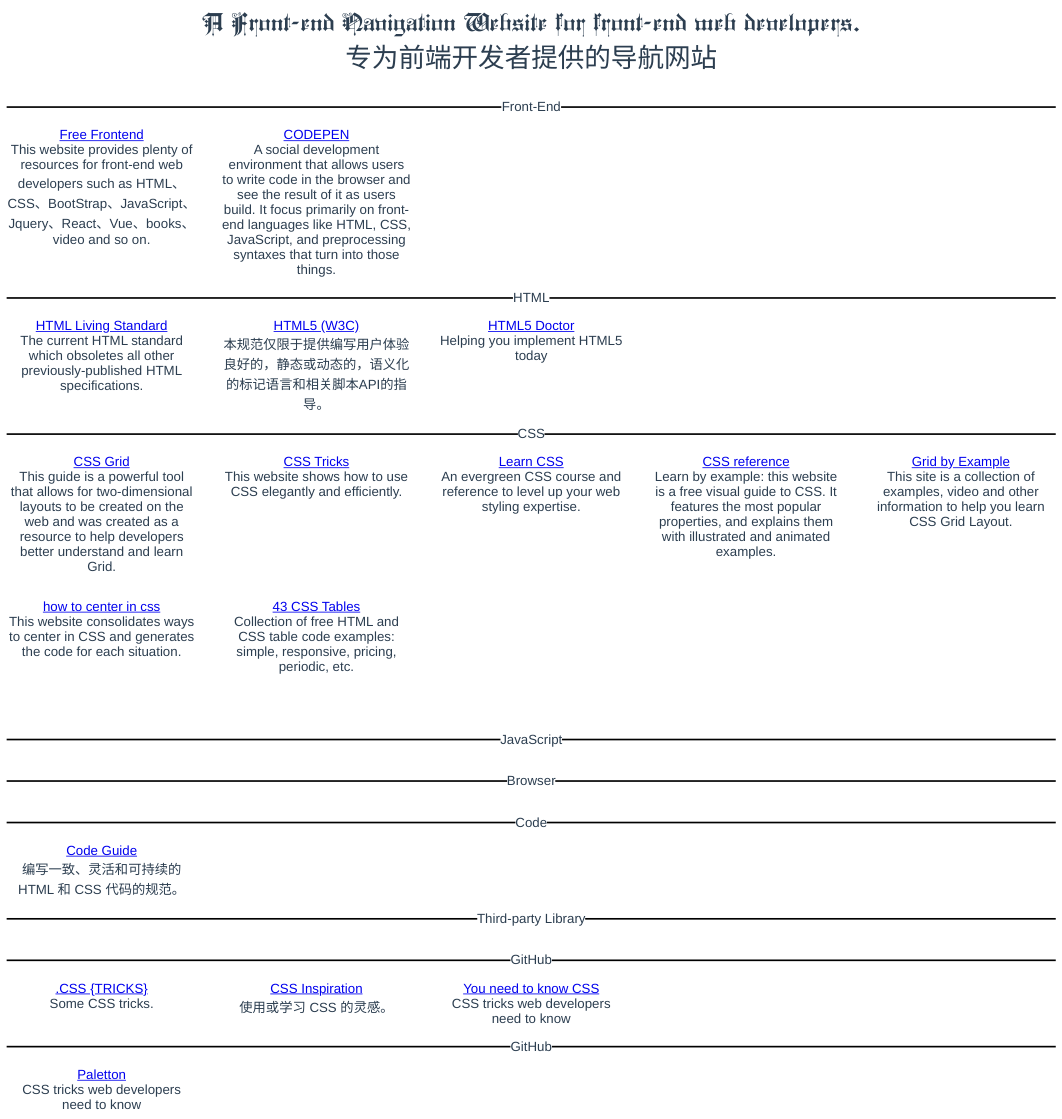
Repository: 321paranoiawhy/fenav.io
Page: /
These files come from the project's save history. The page is drawn as it stood at one moment and after a run of saves; the edit follows.
The browser window is 1280 px wide. The pictures show the whole page, at 83% of full size.
The project was rebuilt for these pictures with package versions that can differ from the ones it lists, and the page was loaded fresh each time. Also part of the build but not shown: vue.config.js.

Above is the page before, as saved 2022-04-06 01:05:21.

After the next 2 saves:
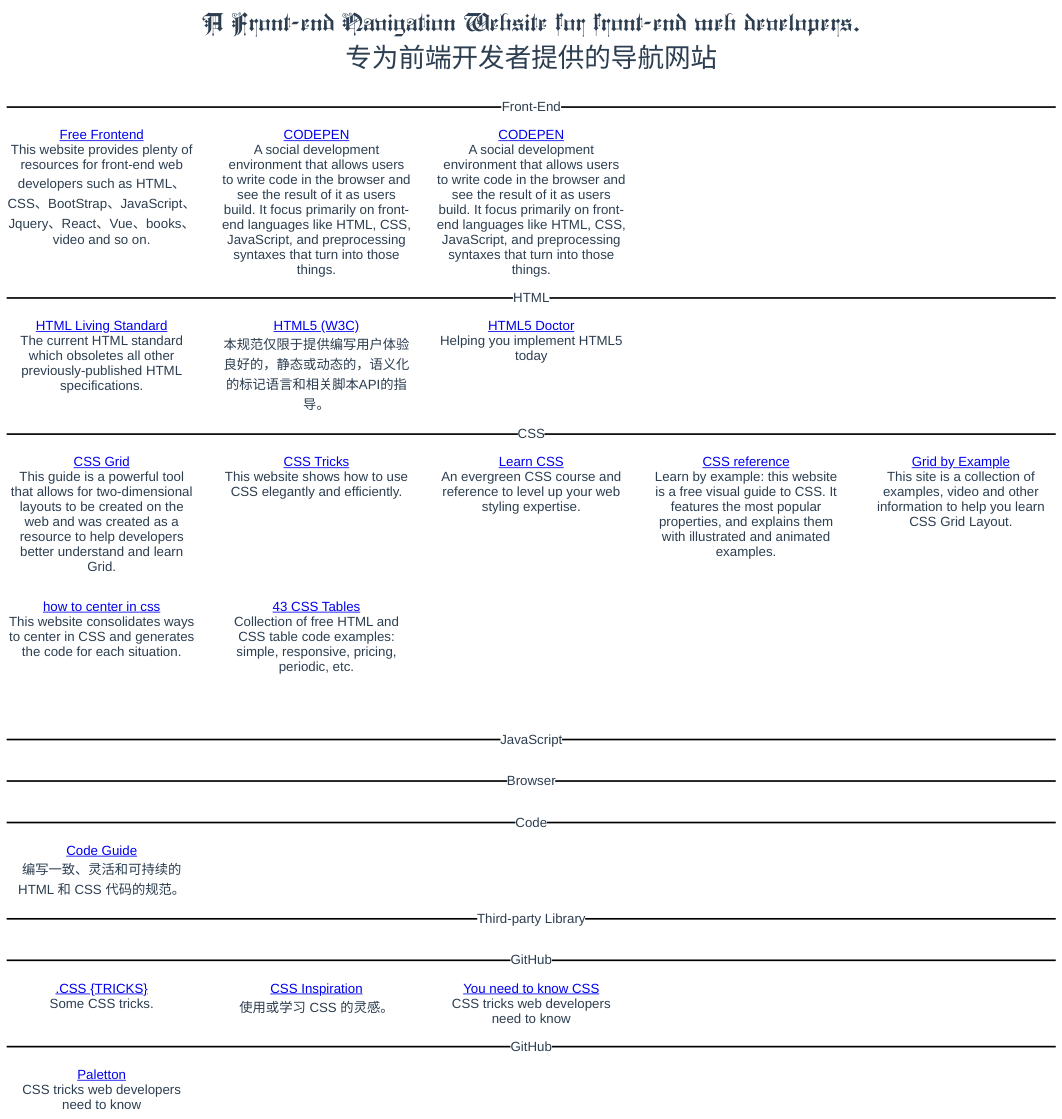
The 2 saves are shown as one change because they came seconds apart.
The last was saved 48 s later.
--- a/src/views/HomeView.vue
+++ b/src/views/HomeView.vue
@@ -17,6 +17,12 @@
         </div>
         <div class="card">
             <a class="url" href="https://codepen.io/trending">CODEPEN</a>
+            <div class="description">
+                A social development environment that allows users to write code in the browser and see the result of it as users build. It focus primarily on front-end languages like HTML, CSS, JavaScript, and preprocessing syntaxes that turn into those things.
+            </div>
+        </div>
+        <div class="card">
+            <a class="url" href="https://carbon.now.sh/">CODEPEN</a>
             <div class="description">
                 A social development environment that allows users to write code in the browser and see the result of it as users build. It focus primarily on front-end languages like HTML, CSS, JavaScript, and preprocessing syntaxes that turn into those things.
             </div>
